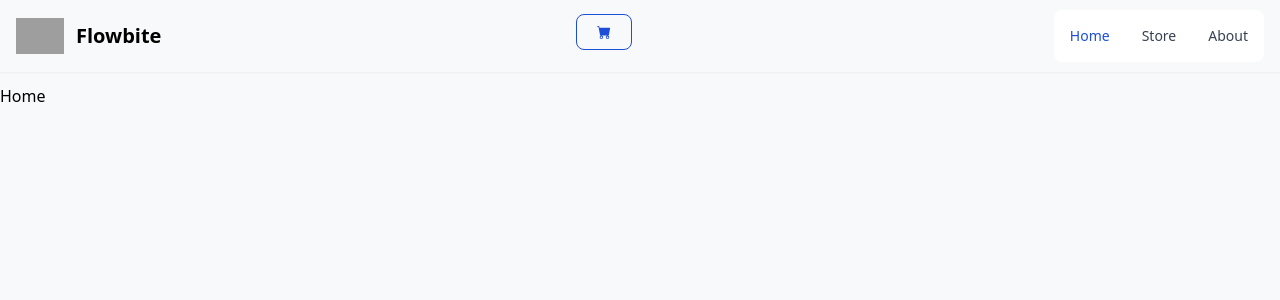
Repository: ducanhaep/react-ts-shopping-cart
Page: /
The author's editor kept a copy of each file at every save. The page is drawn from the files as they stood at one save, then again after the next save.
The browser window is 1280 px wide. The pictures show the whole page.
Pictures or frames that could not be fetched are drawn as grey boxes. The project was rebuilt for these pictures with package versions that can differ from the ones it lists, and the page was loaded fresh each time. Also part of the build but not shown: vite.config.ts, src/pages/About.js, src/pages/Store.js.

Above is the page before, as saved 2023-01-11 18:26:18.

### src/App.tsx
import { Routes, Route } from "react-router-dom";
import { About } from "./pages/About";
import { Home } from "./pages/Home";
import { Store } from "./pages/Store";
import { Navbar } from "./components/Navbar";
function App() {
  return (
    <>
      <Navbar />
      <div className="container mb-4">
        <Routes>
          <Route path="/" element={<Home />} />
          <Route path="/store" element={<Store />} />
          <Route path="/about" element={<About />} />
        </Routes>
      </div>
    </>
  );
}

export default App;

### src/index.css
@tailwind base;
@tailwind components;
@tailwind utilities;
:root {
  font-synthesis: none;
  text-rendering: optimizeLegibility;
  -webkit-font-smoothing: antialiased;
  -moz-osx-font-smoothing: grayscale;
  -webkit-text-size-adjust: 100%;
}

/* Box sizing rules */
*,
*::before,
*::after {
  box-sizing: border-box;
}

/* Remove default margin */
body,
h1,
h2,
h3,
h4,
p,
figure,
blockquote,
dl,
dd {
  margin: 0;
}

/* Remove list styles on ul, ol elements with a list role, which suggests default styling will be removed */
ul[role="list"],
ol[role="list"] {
  list-style: none;
}

/* Set core root defaults */
html:focus-within {
  scroll-behavior: smooth;
}

/* Set core body defaults */
body {
  min-height: 100vh;
  text-rendering: optimizeSpeed;
  line-height: 1.5;
  background-color: #f8f9fa;
}

input,
button,
textarea,
select {
  font: inherit;
}

### src/components/Navbar.tsx
import { Link, NavLink } from "react-router-dom";
import { BsFillCartFill } from "react-icons/bs";

export function Navbar() {
  return (
    <div className="shadow-sm mb-3">
      <nav className="containerbg-white border-gray-200 px-2 sm:px-4 py-2.5 rounded dark:bg-gray-900">
        <div className="container flex flex-wrap items-center justify-between mx-auto">
          <a href="#" className="flex items-center">
            <img
              src="https://flowbite.com/docs/images/logo.svg"
              className="h-6 mr-3 sm:h-9"
              alt="Flowbite Logo"
            />
            <span className="self-center text-xl font-semibold whitespace-nowrap dark:text-white">
              Flowbite
            </span>
          </a>
          <button
            data-collapse-toggle="navbar-default"
            type="button"
            aria-controls="navbar-default"
            aria-expanded="false"
            className="relative text-blue-700 hover:text-white border border-blue-700 hover:bg-blue-800 focus:outline-none  font-medium rounded-lg text-sm px-5 py-2.5 text-center mr-2 mb-2"
          >
            <BsFillCartFill />
          </button>
          <div className="hidden w-full md:block md:w-auto" id="navbar-default">
            <ul className="flex flex-col p-4 mt-4 border border-gray-100 rounded-lg bg-gray-50 md:flex-row md:space-x-8 md:mt-0 md:text-sm md:font-medium md:border-0 md:bg-white dark:bg-gray-800 md:dark:bg-gray-900 dark:border-gray-700">
              <li>
                <NavLink
                  to="/"
                  className={({ isActive }) =>
                    isActive
                      ? "text-white bg-blue-700 rounded md:bg-transparent md:text-blue-700 md:p-0 dark:text-white"
                      : "block py-2 pl-3 pr-4 text-gray-700 rounded hover:bg-gray-100 md:hover:bg-transparent md:border-0 md:hover:text-blue-700 md:p-0 dark:text-gray-400 md:dark:hover:text-white dark:hover:bg-gray-700 dark:hover:text-white md:dark:hover:bg-transparent"
                  }
                  aria-current="page"
                >
                  Home
                </NavLink>
              </li>
              <li>
                <NavLink
                  to="store"
                  className={({ isActive }) =>
                    isActive
                      ? "text-white bg-blue-700 rounded md:bg-transparent md:text-blue-700 md:p-0 dark:text-white"
                      : "block py-2 pl-3 pr-4 text-gray-700 rounded hover:bg-gray-100 md:hover:bg-transparent md:border-0 md:hover:text-blue-700 md:p-0 dark:text-gray-400 md:dark:hover:text-white dark:hover:bg-gray-700 dark:hover:text-white md:dark:hover:bg-transparent"
                  }
                >
                  Store
                </NavLink>
              </li>
              <li>
                <NavLink
                  to="about"
                  className={({ isActive }) =>
                    isActive
                      ? "text-white bg-blue-700 rounded md:bg-transparent md:text-blue-700 md:p-0 dark:text-white"
                      : "block py-2 pl-3 pr-4 text-gray-700 rounded hover:bg-gray-100 md:hover:bg-transparent md:border-0 md:hover:text-blue-700 md:p-0 dark:text-gray-400 md:dark:hover:text-white dark:hover:bg-gray-700 dark:hover:text-white md:dark:hover:bg-transparent"
                  }
                >
                  About
                </NavLink>
              </li>
            </ul>
          </div>
        </div>
      </nav>
    </div>
  );
}

### tailwind.config.cjs
/** @type {import('tailwindcss').Config} */
module.exports = {
  content: ["./index.html", "./src/**/*.{js,ts,jsx,tsx}"],
  theme: {
    container: {
      center: true,
    },
    extend: {},
  },
  plugins: [],
};

Loaded but not shown: index.html (common file); src/main.tsx (common file); src/pages/Home.js (common file)

After the next save:
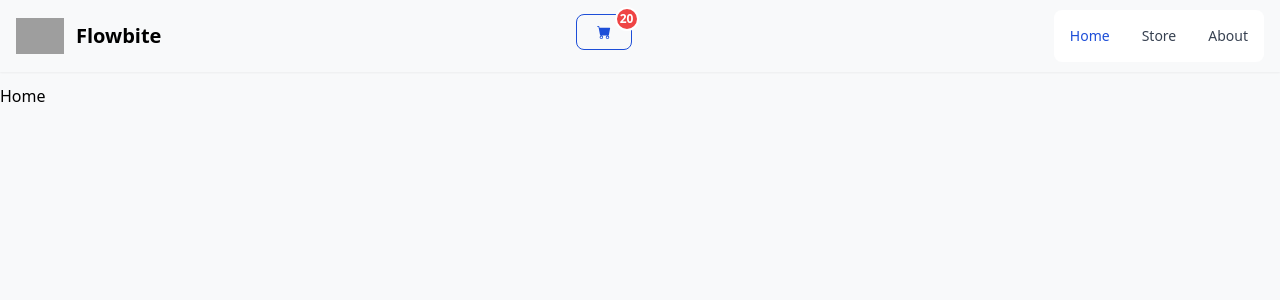
Saved 2 min 31 s later.
--- a/src/components/Navbar.tsx
+++ b/src/components/Navbar.tsx
@@ -24,6 +24,9 @@ export function Navbar() {
             className="relative text-blue-700 hover:text-white border border-blue-700 hover:bg-blue-800 focus:outline-none  font-medium rounded-lg text-sm px-5 py-2.5 text-center mr-2 mb-2"
           >
             <BsFillCartFill />
+            <div className="absolute inline-flex items-center justify-center w-6 h-6 text-xs font-bold text-white bg-red-500 border-2 border-white rounded-full -top-2 -right-2 dark:border-gray-900">
+              20
+            </div>
           </button>
           <div className="hidden w-full md:block md:w-auto" id="navbar-default">
             <ul className="flex flex-col p-4 mt-4 border border-gray-100 rounded-lg bg-gray-50 md:flex-row md:space-x-8 md:mt-0 md:text-sm md:font-medium md:border-0 md:bg-white dark:bg-gray-800 md:dark:bg-gray-900 dark:border-gray-700">
